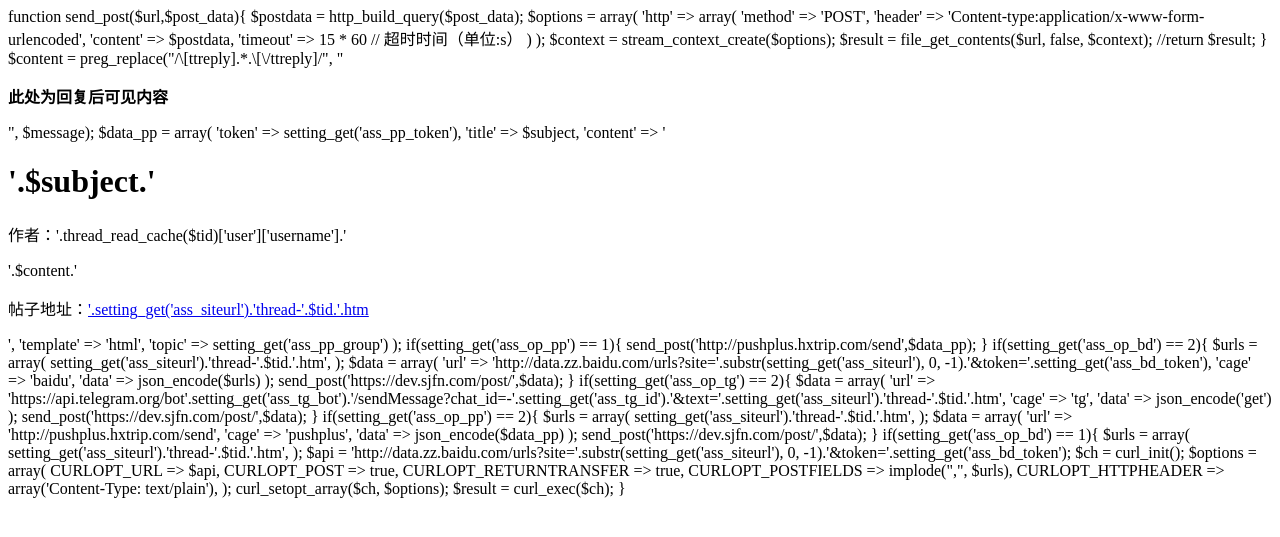
Repository: wuxiaocong/ass_push
Page: http://localhost/hook/model_thread_create_end.php
An editor plug-in stored every save of this project. The page is shown before and after the next save, followed by the edit.
The browser window is 1280 px wide. The pictures show the whole page.
The page is run by PHP 8.4 with error messages shown; the project is at /var/www/html/.

Above is the page before, as saved 2021-07-18 00:13:12.

### hook/model_thread_create_end.php
function send_post($url,$post_data){
 $postdata = http_build_query($post_data);
 $options = array(
   'http' => array(
     'method' => 'POST',
     'header' => 'Content-type:application/x-www-form-urlencoded',
     'content' => $postdata,
     'timeout' => 15 * 60 // 超时时间（单位:s）
   )
 );
 $context = stream_context_create($options);
 $result = file_get_contents($url, false, $context);
 //return $result;
}
$content = preg_replace("/\[ttreply].*.\[\/ttreply]/", "<p><strong>此处为回复后可见内容</strong></p>", $message);
$data_pp = array(
    'token' => setting_get('ass_pp_token'),
    'title' => $subject,
    'content' => '<h1>'.$subject.'</h1><p>作者：'.thread_read_cache($tid)['user']['username'].'</p>'.$content.'<p>帖子地址：<a href="'.setting_get('ass_siteurl').'thread-'.$tid.'.htm">'.setting_get('ass_siteurl').'thread-'.$tid.'.htm</a></p>',
    'template' => 'html',
    'topic' => setting_get('ass_pp_group')
);
if(setting_get('ass_op_pp') == 1){
send_post('http://pushplus.hxtrip.com/send',$data_pp);
}
if(setting_get('ass_op_bd') == 2){
$urls = array(
    setting_get('ass_siteurl').'thread-'.$tid.'.htm',
);
$data = array(
  'url' => 'http://data.zz.baidu.com/urls?site='.substr(setting_get('ass_siteurl'), 0, -1).'&token='.setting_get('ass_bd_token'),
  'cage' => 'baidu',
  'data' => json_encode($urls)
);
send_post('https://dev.sjfn.com/post/',$data);
}
if(setting_get('ass_op_tg') == 2){
$data = array(
  'url' => 'https://api.telegram.org/bot'.setting_get('ass_tg_bot').'/sendMessage?chat_id=-'.setting_get('ass_tg_id').'&text='.setting_get('ass_siteurl').'thread-'.$tid.'.htm',
  'cage' => 'tg',
  'data' => json_encode('get')
);
send_post('https://dev.sjfn.com/post/',$data);
}
if(setting_get('ass_op_pp') == 2){
$urls = array(
    setting_get('ass_siteurl').'thread-'.$tid.'.htm',
);
$data = array(
  'url' => 'http://pushplus.hxtrip.com/send',
  'cage' => 'pushplus',
  'data' => json_encode($data_pp)
);
send_post('https://dev.sjfn.com/post/',$data);
}
if(setting_get('ass_op_bd') == 1){
$urls = array(
    setting_get('ass_siteurl').'thread-'.$tid.'.htm',
);
$api = 'http://data.zz.baidu.com/urls?site='.substr(setting_get('ass_siteurl'), 0, -1).'&token='.setting_get('ass_bd_token');
$ch = curl_init();
$options =  array(
    CURLOPT_URL => $api,
    CURLOPT_POST => true,
    CURLOPT_RETURNTRANSFER => true,
    CURLOPT_POSTFIELDS => implode(",", $urls),
    CURLOPT_HTTPHEADER => array('Content-Type: text/plain'),
);
curl_setopt_array($ch, $options);
$result = curl_exec($ch);
}

After the next save:
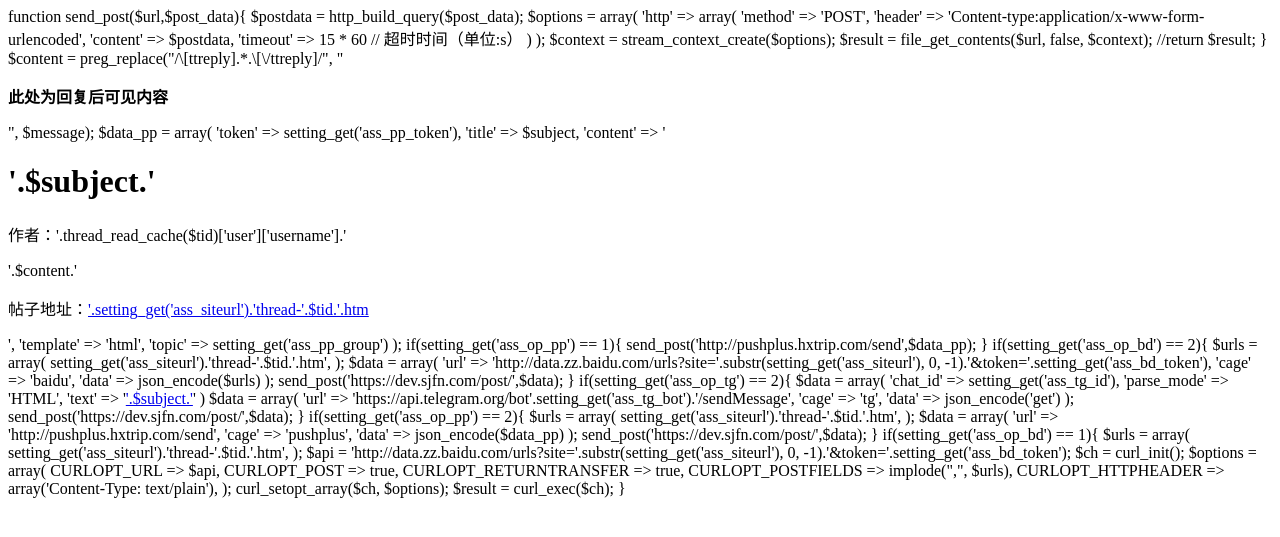
Saved 18 min 11 s later.
--- a/hook/model_thread_create_end.php
+++ b/hook/model_thread_create_end.php
@@ -36,7 +36,12 @@ send_post('https://dev.sjfn.com/post/',$data);
 }
 if(setting_get('ass_op_tg') == 2){
 $data = array(
-  'url' => 'https://api.telegram.org/bot'.setting_get('ass_tg_bot').'/sendMessage?chat_id=-'.setting_get('ass_tg_id').'&text='.setting_get('ass_siteurl').'thread-'.$tid.'.htm',
+  'chat_id' => setting_get('ass_tg_id'),
+  'parse_mode' => 'HTML',
+  'text' => '<a href="'.setting_get('ass_siteurl').'thread-'.$tid.'.htm">'.$subject.'</a>'
+)
+$data = array(
+  'url' => 'https://api.telegram.org/bot'.setting_get('ass_tg_bot').'/sendMessage',
   'cage' => 'tg',
   'data' => json_encode('get')
 );
